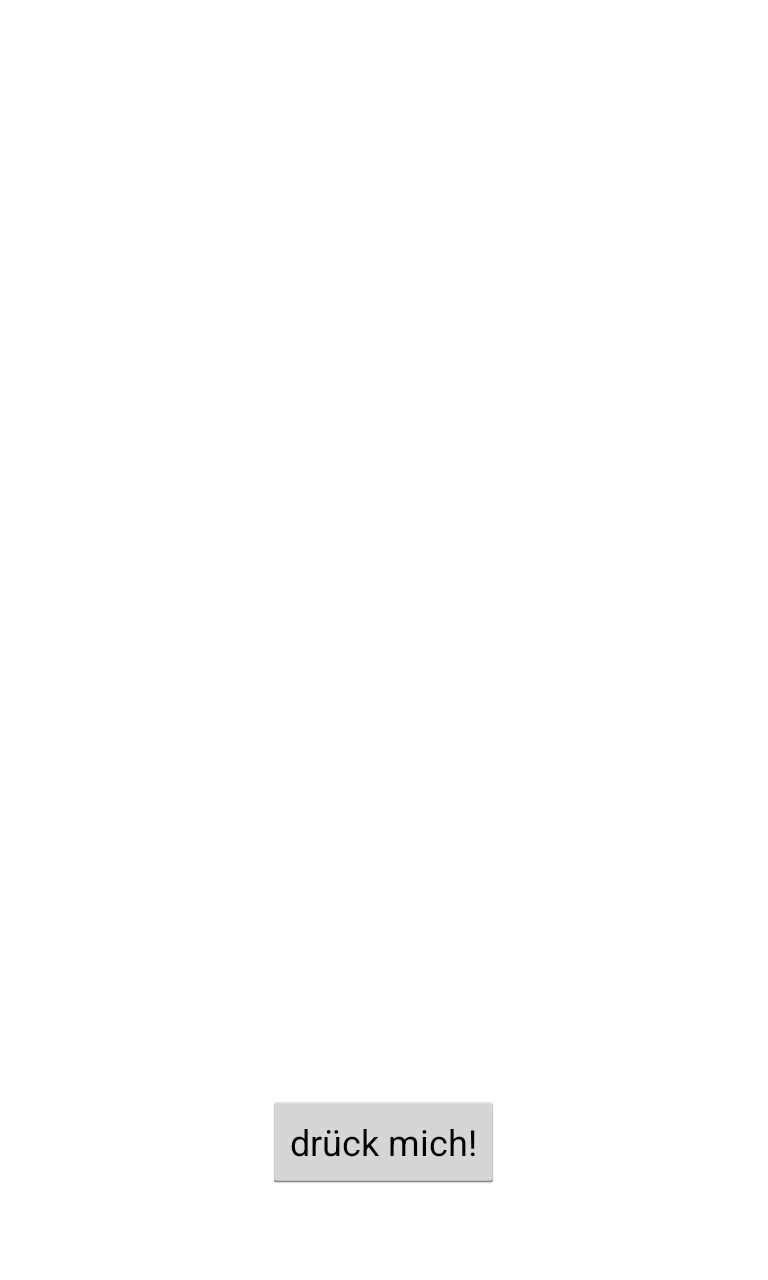
Repository: flashback2k12/ChristmasPresent
Layout: ChristmasPresent/res/layout/activity_first_coupon.xml
These files come from the project's save history. The layout is drawn as it stood at one moment and after the next save; the edit follows.
It is drawn on a 768 x 1280 px phone screen (xhdpi) without system bars, with theme AppTheme; the app's code is not run.

Above is the layout before, as saved 2012-12-17 22:14:06.

### ChristmasPresent/res/layout/activity_first_coupon.xml
<?xml version="1.0" encoding="utf-8"?>
<RelativeLayout xmlns:android="http://schemas.android.com/apk/res/android"
    android:layout_width="match_parent"
    android:layout_height="match_parent">

    <Button
        android:id="@+id/button1"
        android:layout_width="wrap_content"
        android:layout_height="wrap_content"
        android:layout_alignParentBottom="true"
        android:layout_centerHorizontal="true"
        android:layout_marginBottom="45dp"
        android:text="@string/button_first_act" />

</RelativeLayout>

### ChristmasPresent/res/values/strings.xml
<?xml version="1.0" encoding="utf-8"?>
<resources>

    <string name="app_name">Weihnachtsgeschenk</string>
    <string name="hello_schatz_z1">Ich wünsche dir alles liebe zum Weihnachtsfest mein Schatz. :-* </string>
    <string name="hello_schatz_z2">Ich hoffe, dass dir die nächsten Punkte gefallen werden!!! :-)</string><string name="menu_settings">Menü</string>
    <string name="title_activity_main">Weihnachtsgeschenk</string>
    <string name="button_first_act">drück mich!</string>
    <string name="checkbox1">Gutschein 1</string>
    <string name="checkbox2">Gutschein 2</string>
    <string name="checkbox3">Gutschein 3</string>
    <string name="checkbox4">Gutschein 4</string>
    <string name="checkbox5">Gutschein 5</string>

</resources>

Loaded but not shown: ChristmasPresent/res/values-v11/styles.xml (common file); ChristmasPresent/res/values-v14/styles.xml (common file); ChristmasPresent/res/values/styles.xml (common file)

After the next save:
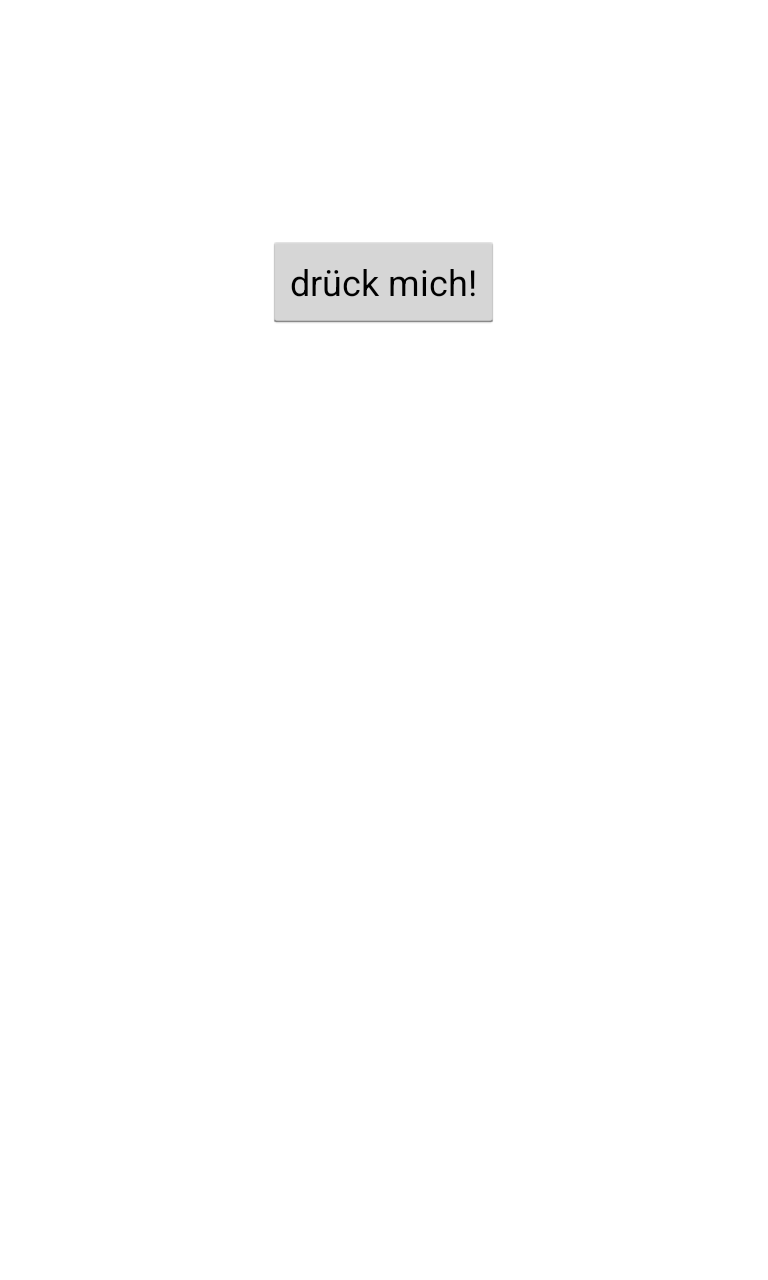
Saved 79 s later.
--- a/ChristmasPresent/res/layout/activity_first_coupon.xml
+++ b/ChristmasPresent/res/layout/activity_first_coupon.xml
@@ -7,9 +7,10 @@
         android:id="@+id/button1"
         android:layout_width="wrap_content"
         android:layout_height="wrap_content"
-        android:layout_alignParentBottom="true"
+        android:layout_alignParentTop="true"
         android:layout_centerHorizontal="true"
-        android:layout_marginBottom="45dp"
-        android:text="@string/button_first_act" />
+        android:layout_marginTop="117dp"
+        android:text="@string/button_first_act"
+        android:onClick="BtnFirstCoupon" />
 
 </RelativeLayout>
